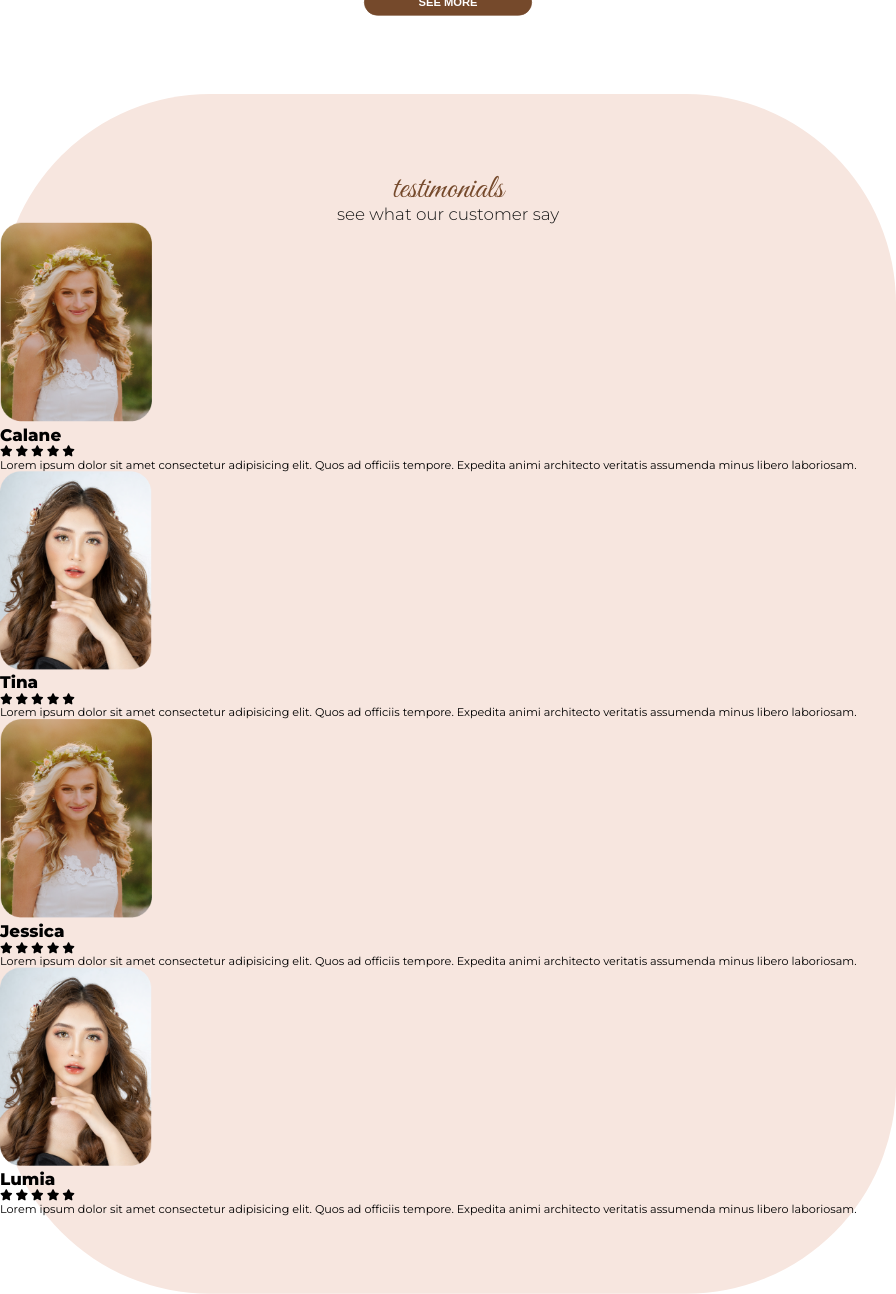
Repository: TuanHuflit2k1/clone-web01
Page: index.html
An editor plug-in stored every save of this project. The page is shown before and after a run of saves, followed by the edit.
The browser window is 1280 px wide. The pictures show the part of the page from y = 3796 to 5716 px (the page is 5644 px tall before and 5784 px after), at 70% of full size.
Some web libraries are served in a nearby version.

Above is the page before, as saved 2022-04-28 13:01:49.

After the next 3 saves:
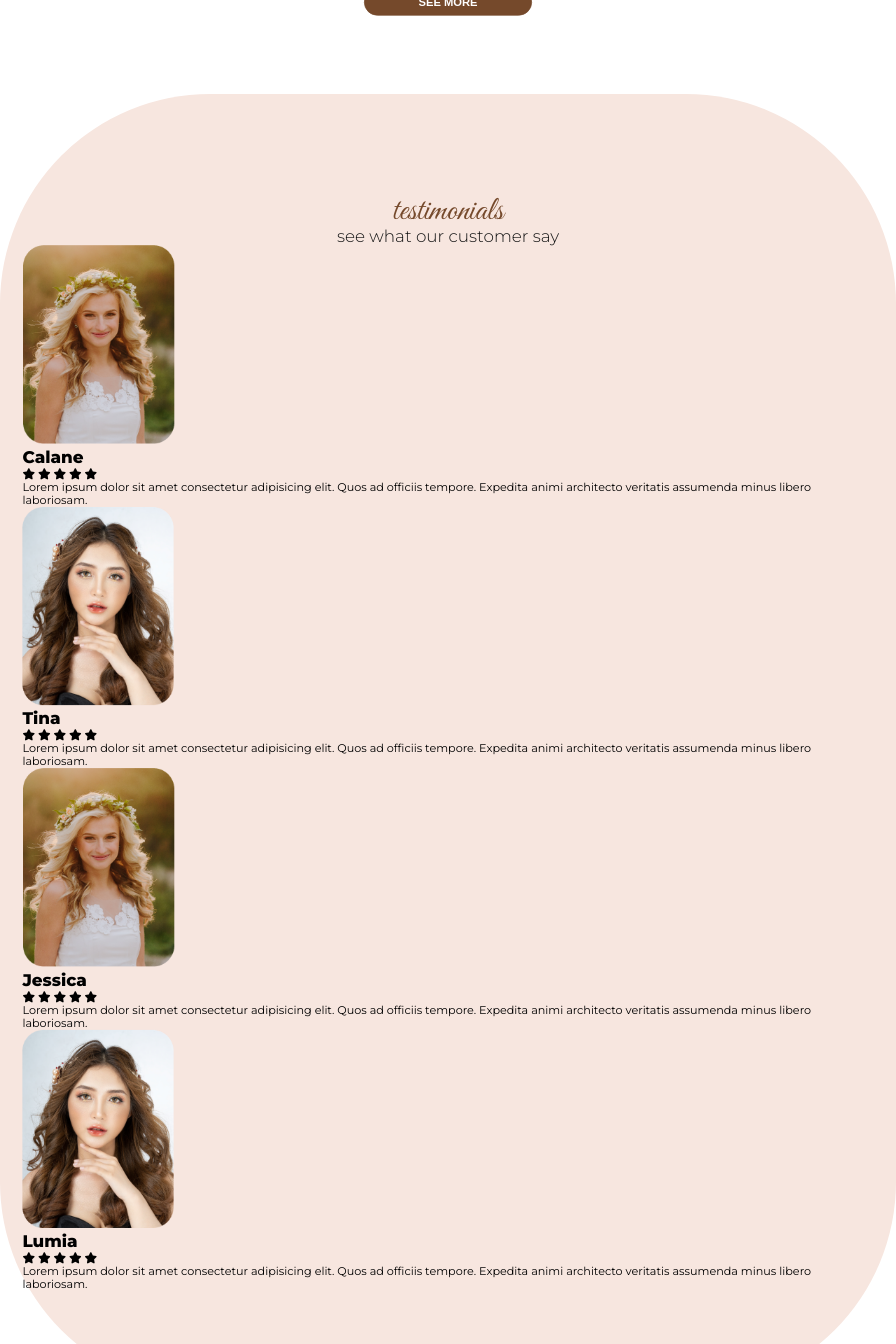
The 3 saves are shown as one change because they came seconds apart.
The last was saved 7 s later.
--- a/style.css
+++ b/style.css
@@ -446,11 +446,13 @@ body {
 /* end gallery */
 /* start testimonials */
 .testimonials {
-    padding: 7rem 0;
-    background-color: var(--main-color);
-    border-radius: 300px;
-}
-.testimonials-content
+  padding: 7rem 0;
+  background-color: var(--main-color);
+  border-radius: 300px;
+}
+.testimonials-content {
+  padding: 2rem;
+}
 @media (max-width: 920px) {
   .nav-menu {
     position: absolute;
